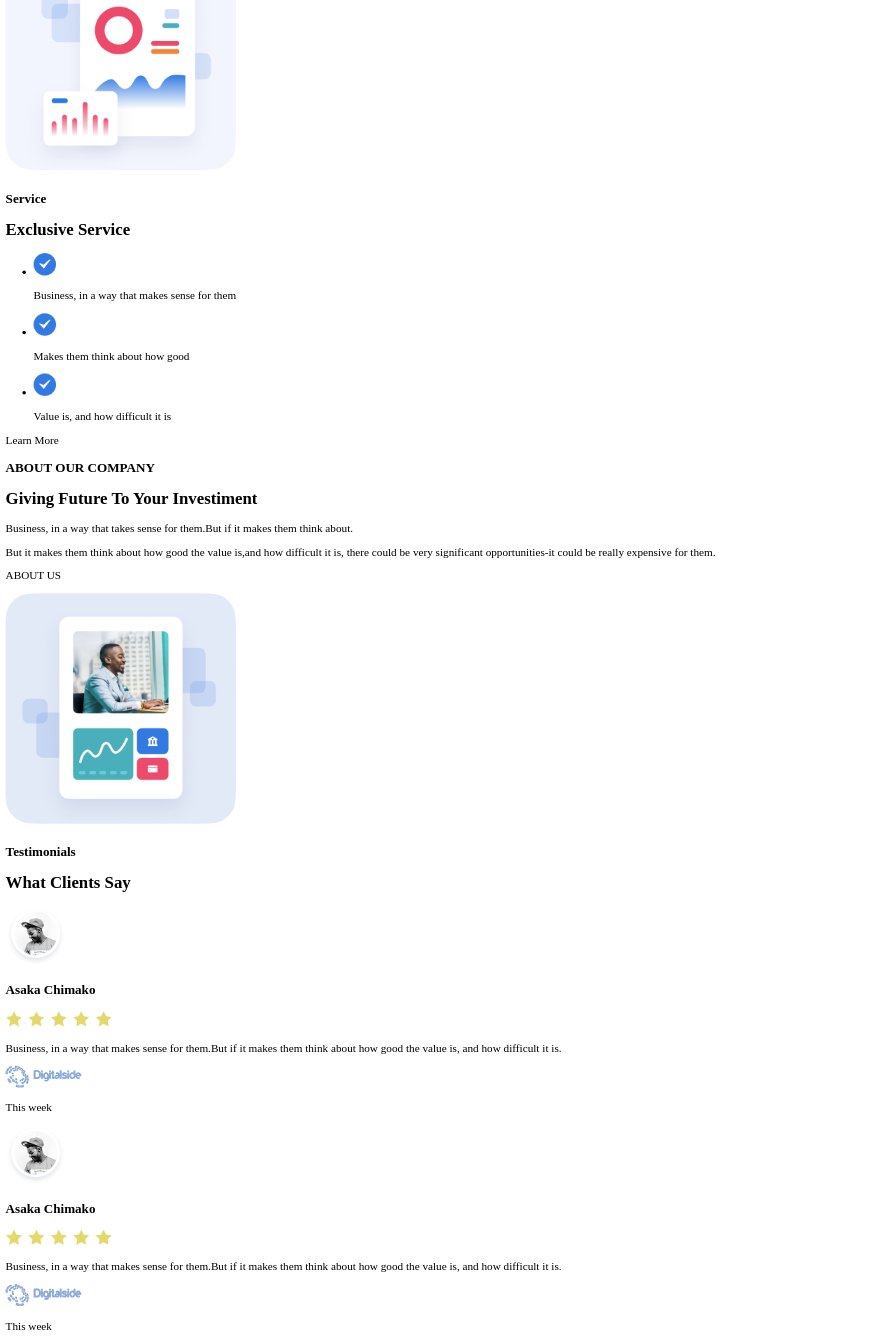
Repository: juniorAntunes910/Make-Money-Design-Avaliacao
Page: index.html
The author's editor kept a copy of each file at every save. The page is drawn from the files as they stood at one save, then again after a run of saves.
The browser window is 1280 px wide. The pictures show the part of the page from y = 1391 to 3311 px (the page is 3311 px tall before and 3239 px after), at 70% of full size.

Above is the page before, as saved 2026-03-12 10:26:42.

### index.html
<!DOCTYPE html>
<html lang="pt-br">

<head>
    <meta charset="UTF-8">
    <meta name="viewport" content="width=device-width, initial-scale=1.0">
    <title>Make Money</title>
    <link rel="stylesheet" href="style.css">
    <link rel="stylesheet" href="https://cdnjs.cloudflare.com/ajax/libs/font-awesome/6.5.1/css/all.min.css">
</head>

<body class="container">
    <header>
        <nav>
            <h1 id="header-title">
                <a href="#">
                    MNY
                </a>
            </h1>

            <div class="header-box-menu">
                <i class="fa-solid fa-bars"></i>
            </div>
        </nav>
    </header>

    <main>
        <section id="hero">
            <div id="hero-header">
                <h3 class="hero-header-subtitle">
                    MAKE MONEY
                </h3>

                <h2 class="hero-header-title">
                    Grow Your
                    Money Like
                    Never Before
                </h2>

                <p class="hero-header-description">
                    Business, in a way that makes sense for
                    them. But if it makes them think about how
                    good the value.
                </p>
            </div>

            <div id="hero-btn">
                <p>Get Started</p>
            </div>

            <div id="hero-img-box">
                <img src="Assets/Mobile/hero/main-content-img-manCoffe-Mobile.png" alt="Imagem de um homem com roupa de escritorio segurando um café com a mão esquerda, atras do homem há
                3 graficos indicando crescimento" id="hero-img-box-mobile">

            </div>
        </section>

        <section id="main-content">

            <div id="main-content-cards"><!--Estou usando como um container/box de cards-->

                <div class="main-content-card-box"><!--Primeiro "Card" Strong Security-->

                    <div class="main-content-card-box-img-box"><!--Imagem do card-->
                        <img src="Assets/Mobile/main-content/img-card-strong-mobile.png" alt="Imagem de uma bola azul cor #E6F7F8 com duas luvas de box estilo low poly, tambem azul porem
                        mais escuro #49AFBA" class="main-content-card-box-img-box-mobile">
                    </div><!--Fim da imagem do card-->

                    <div class="main-content-card-box-content"><!--Conteudo do card-->
                        <h3 class="main-content-card-box-content-title">
                            Strong Security
                        </h3>

                        <p class="main-content-card-box-content-description">
                            Way that makes sense for them. But if it
                            makes them think about how good the
                            value is, and how difficult it is.
                        </p>
                    </div><!--Fim do conteudo do card-->

                </div><!--Fim do Primeiro "Card" Strong security-->

                <div class="main-content-card-box"><!--Segundo "Card" Creative Solutiions-->

                    <div class="main-content-card-box-img-box"><!--Imagem do card-->
                        <img src="Assets/Mobile/main-content/img-card-creative-mobile.png"
                            alt="Imagem de uma bola vermelha cor #FCEDF0, com uma maleta estilo escritorio tambem vermelha #ED496B "
                            class="main-content-card-box-img-box-mobile">
                    </div><!--Fim da imagem do card-->

                    <div class="main-content-card-box-content"><!--Conteudo do card-->
                        <h3 class="main-content-card-box-content-title">
                            Creative Solutions
                        </h3>

                        <p class="main-content-card-box-content-description">
                            But if it makes them think about how
                            good the values is,and how difficult it is,
                            there could be very significant.
                        </p>
                    </div><!--Fim do conteudo do card-->

                </div><!--Fim do Segundo "Card" Creative Solutions-->

                <div class="main-content-card-box"><!--Terceiro "Card" Free Online-->

                    <div class="main-content-card-box-img-box"><!--Imagem do card-->
                        <img src="Assets/Mobile/main-content/img-card-free-mobile.png"
                            alt="Imagem de uma bola amarela cor #FDF3E6, com um foguete tambem amarelo #F1863B "
                            class="main-content-card-box-img-box-mobile">
                    </div><!--Fim da imagem do card-->

                    <div class="main-content-card-box-content"><!--Conteudo do card-->
                        <h3 class="main-content-card-box-content-title">
                            Free Online
                        </h3>

                        <p class="main-content-card-box-content-description">
                            Good the value is, and how difficult it is,
                            there could be very significant
                            opportunities.
                        </p>
                    </div><!--Fim do conteudo do card-->

                </div><!--Fim do Terceiro "Card" Free online-->
            </div><!--Fimd o container card Box-->

            <div class="line-division"></div><!--Linha de divisão entre main-content e service-->

        </section>

        <section id="service">

            <div id="service-img-box">
                <img src="Assets/Mobile/service/img-service-graph-mobile.png" alt="Imagem de dois graficos minimalistas, um grafico sendo o maior e possuindo varios graficos
                dentro da seu espaço e um grafico menor sendo de barras" id="img-service-mobile">
            </div>

            <div class="service-content">
                <div class="service-content-header">
                    <h3 class="service-content-subtitle">
                        Service
                    </h3>

                    <h2 class="service-content-title">
                        Exclusive
                        Service
                    </h2>
                </div>

                <div class="service-content-avaiable">
                    <ul>
                        <li>
                            <div class="service-content-avaiable-img-box">
                                <img src="Assets/Mobile/service/img-service-avaiable-mobile.png"
                                    alt="Imagem de uma bola azul com um simbolo de certo/correto branco no centro"
                                    class="img-avaiable-mobile">
                            </div>
                            <p>
                                Business, in a way that makes
                                sense for them
                            </p>
                        </li>

                        <li>
                            <div class="service-content-avaiable-img-box">
                                <img src="Assets/Mobile/service/img-service-avaiable-mobile.png"
                                    alt="Imagem de uma bola azul com um simbolo de certo/correto branco no centro"
                                    class="img-avaiable-mobile">
                            </div>
                            <p>
                                Makes them think about how
                                good
                            </p>
                        </li>

                        <li>
                            <div class="service-content-avaiable-img-box">
                                <img src="Assets/Mobile/service/img-service-avaiable-mobile.png"
                                    alt="Imagem de uma bola azul com um simbolo de certo/correto branco no centro"
                                    class="img-avaiable-mobile">
                            </div>
                            <p>
                                Value is, and how difficult it is
                            </p>
                        </li>
                    </ul>

                    <div id="service-content-avaiable-btn">
                        <p>
                            Learn More
                        </p>
                    </div>
                </div>
            </div>
        </section>

        <section id="about">
            <div class="about-header">
                <h3 class="about-header-subtitle">
                    ABOUT OUR COMPANY
                </h3>

                <h2 class="about-header-title">
                    Giving Future To
                    Your Investiment
                </h2>

                <p class="about-header-description">
                    Business, in a way that takes
                    sense for them.But if it makes
                    them think about.
                </p>

                <p class="about-header-subdescription">
                    But it makes them think about how good
                    the value is,and how difficult it is, there
                    could be very significant opportunities-it
                    could be really expensive for them.
                </p>

                <div class="about-header-btn">
                    <p>ABOUT US</p>
                </div>
            </div>

            <div id="about-img-box">
                <img src="Assets/Mobile/about/img-about-office-mobile.png"
                    alt="imagem dividida em 4 elementos sendo a primeira em cima e maior
                com a foto de um trabalhador de escritorio sorrindo enquanto usa seu computador, abaixo na esquerda um grafico subindo, na direita
                possui duas imagem uma em cima da outra sendo a de cima um icone de banco e a de baixo um icone de cartao" class="about-img-box-img-mobile">
            </div>
        </section>

        <section id="testimonials">
            <div id="testimonials-header">
                <h3 class="testimonials-header-subtitle">
                    Testimonials
                </h3>
                <h2 class="testimonials-header-title">
                    What Clients
                    Say
                </h2>
            </div>

            <div id="testimonials-cards-box"><!--Box de cards testimonial-->

                <div class="testimonials-cards-box-card">

                    <div class="testimonials-cards-box-card-header"><!--Person 1-->
                        <div class="testimonials-cards-box-card-header-img-person">
                            <img src="Assets/Mobile/testimonials/persons/img-person1-mobile.png"
                                alt="Imagem de uma pessoa com boné, filtro preto e branco olhando para baixo enquanto sorri"
                                class="testimonials-cards-box-card-header-img-person-mobile">
                        </div>
                        <h3 class="testimonials-cards-box-card-header-title">
                            Asaka Chimako
                        </h3>
                        <div class="testimonials-cards-box-card-header-img-stars">
                            <img src="Assets/Mobile/testimonials/img-stars.png"
                                alt="Imagem de 5 estrelas amarelas, usadas como avaliação"
                                class="testimonials-cards-box-card-header-img-stars-mobile">
                        </div>
                    </div>
                    <div class="testimonials-cards-box-card-content">
                        <p>Business, in a way that makes sense
                            for them.But if it makes them think
                            about how good the value is, and how
                            difficult it is.
                        </p>
                    </div>

                    <div class="testimonials-cards-box-card-companys">
                        <div class="testimonials-cards-box-card-companys-img">
                            <img src="Assets/Mobile/testimonials/company/img-digitalside.png" alt="Logo da DigitalSide"
                                class="testimonials-cards-box-card-companys-img-mobile">
                        </div>
                        <p>This week</p>
                    </div>

                </div><!--Fim do Person 1-->

                <div class="testimonials-cards-box-card-header"><!--Person 2-->
                    <div class="testimonials-cards-box-card-header-img-person">
                        <img src="Assets/Mobile/testimonials/persons/img-person1-mobile.png"
                            alt="Imagem de uma pessoa com boné, filtro preto e branco olhando para baixo enquanto sorri"
                            class="testimonials-cards-box-card-header-img-person-mobile">
                    </div>
                    <h3 class="testimonials-cards-box-card-header-title">
                        Asaka Chimako
                    </h3>
                    <div class="testimonials-cards-box-card-header-img-stars">
                        <img src="Assets/Mobile/testimonials/img-stars.png"
                            alt="Imagem de 5 estrelas amarelas, usadas como avaliação"
                            class="testimonials-cards-box-card-header-img-stars-mobile">
                    </div>
                </div>
                <div class="testimonials-cards-box-card-content">
                    <p>Business, in a way that makes sense
                        for them.But if it makes them think
                        about how good the value is, and how
                        difficult it is.
                    </p>
                </div>

                <div class="testimonials-cards-box-card-companys">
                    <div class="testimonials-cards-box-card-companys-img">
                        <img src="Assets/Mobile/testimonials/company/img-digitalside.png" alt="Logo da DigitalSide"
                            class="testimonials-cards-box-card-companys-img-mobile">
                    </div>
                    <p>This week</p>
                </div>

            </div><!--Fim do Person 2-->

            </div>
        </section>

    </main>
    <footer>

    </footer>
</body>

</html>

Loaded but not shown: style.css (no copy from this time; the picture is the same without it)

After the next 4 saves:
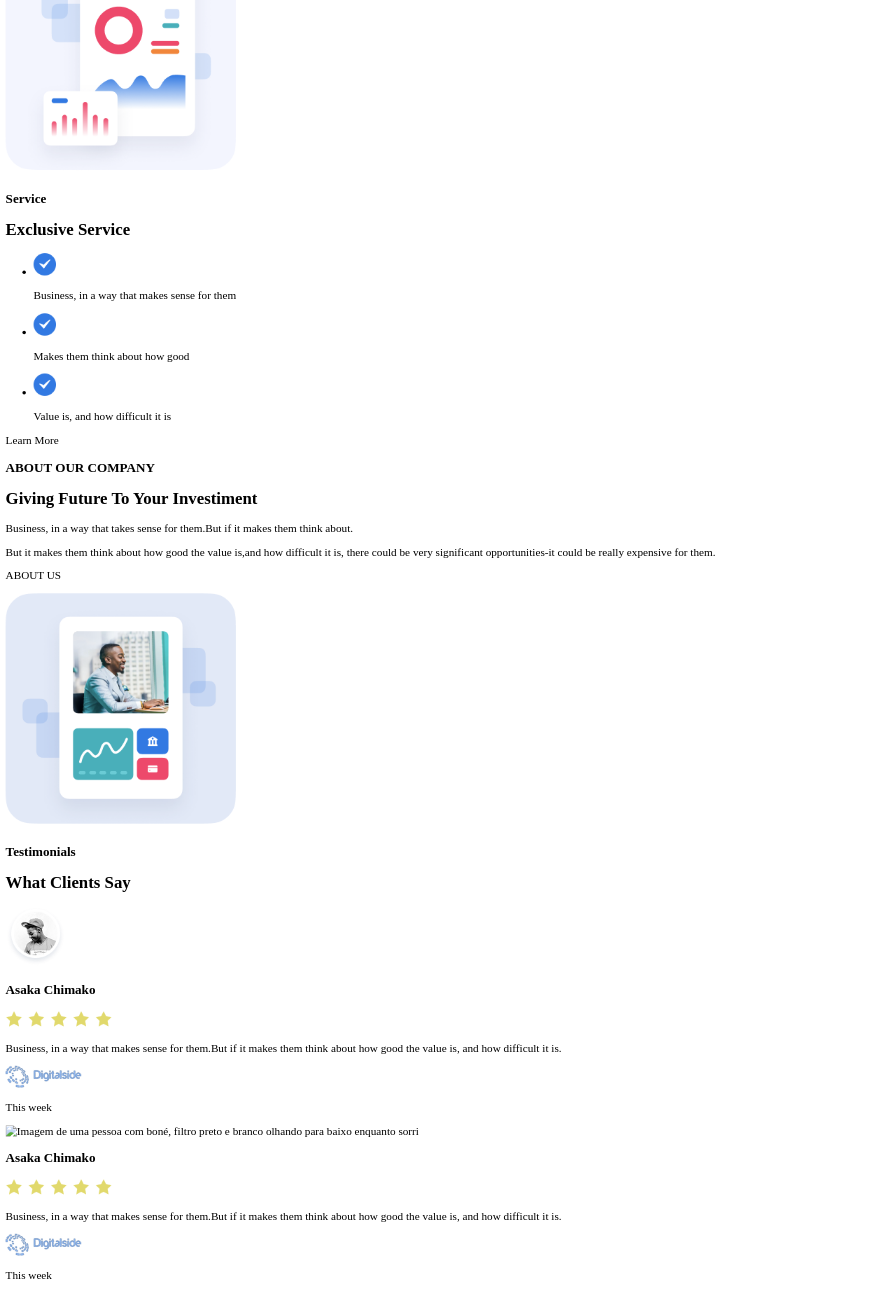
Not found: Assets/Mobile/testimonials/persons/img-person2-mobile.png
The 4 saves are shown as one change because they came seconds apart.
The last was saved 9 s later.
--- a/index.html
+++ b/index.html
@@ -282,7 +282,7 @@
 
                 <div class="testimonials-cards-box-card-header"><!--Person 2-->
                     <div class="testimonials-cards-box-card-header-img-person">
-                        <img src="Assets/Mobile/testimonials/persons/img-person1-mobile.png"
+                        <img src="Assets/Mobile/testimonials/persons/img-person2-mobile.png"
                             alt="Imagem de uma pessoa com boné, filtro preto e branco olhando para baixo enquanto sorri"
                             class="testimonials-cards-box-card-header-img-person-mobile">
                     </div>

After the 4 saves that followed:
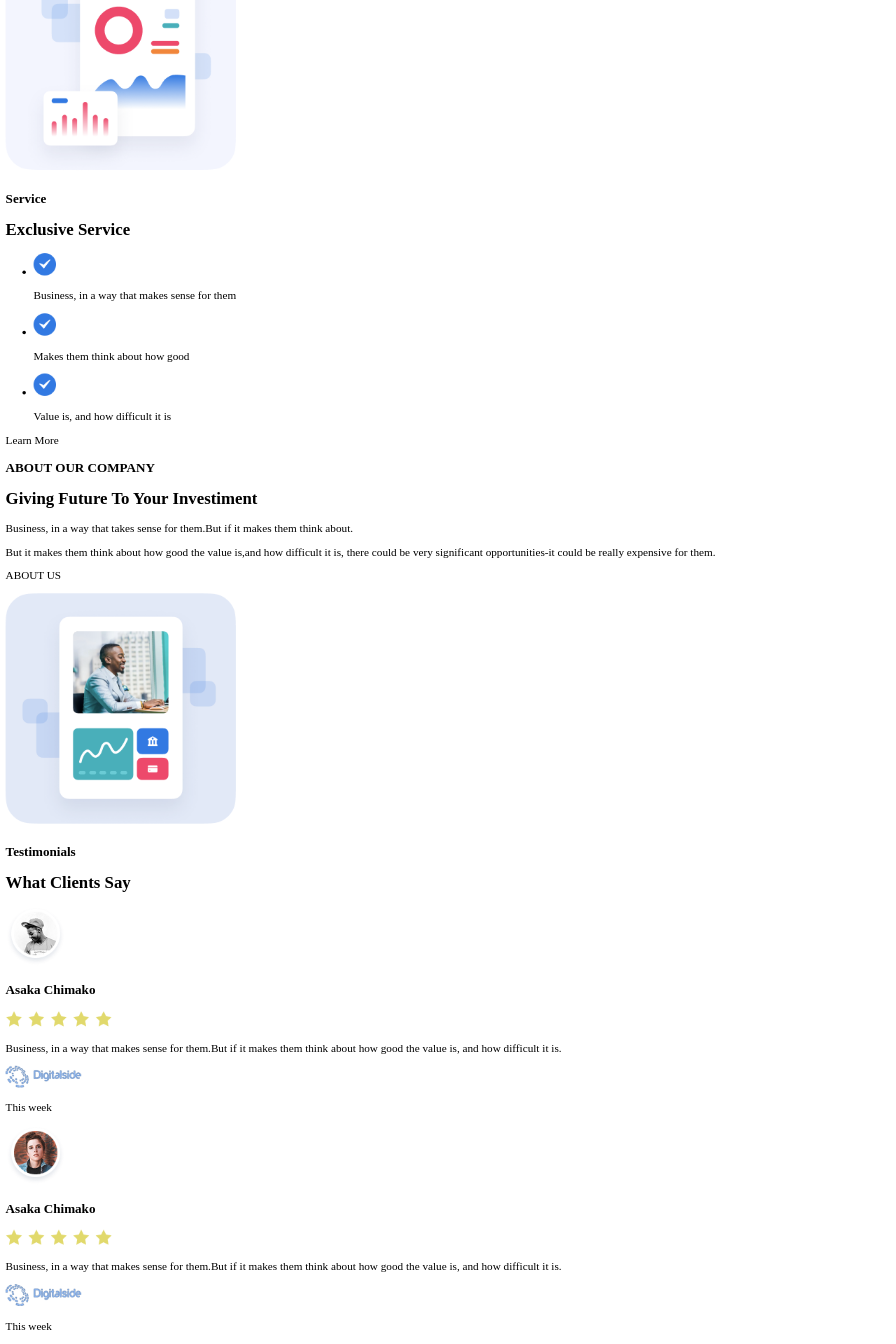
The 4 saves are shown as one change because 1 left the picture as it was and some came seconds apart.
The last was saved 13 s later.
--- a/index.html
+++ b/index.html
@@ -282,7 +282,7 @@
 
                 <div class="testimonials-cards-box-card-header"><!--Person 2-->
                     <div class="testimonials-cards-box-card-header-img-person">
-                        <img src="Assets/Mobile/testimonials/persons/img-person2-mobile.png"
+                        <img src="Assets/Mobile/testimonials/persons/img-person2-mobile (1).png"
                             alt="Imagem de uma pessoa com boné, filtro preto e branco olhando para baixo enquanto sorri"
                             class="testimonials-cards-box-card-header-img-person-mobile">
                     </div>
